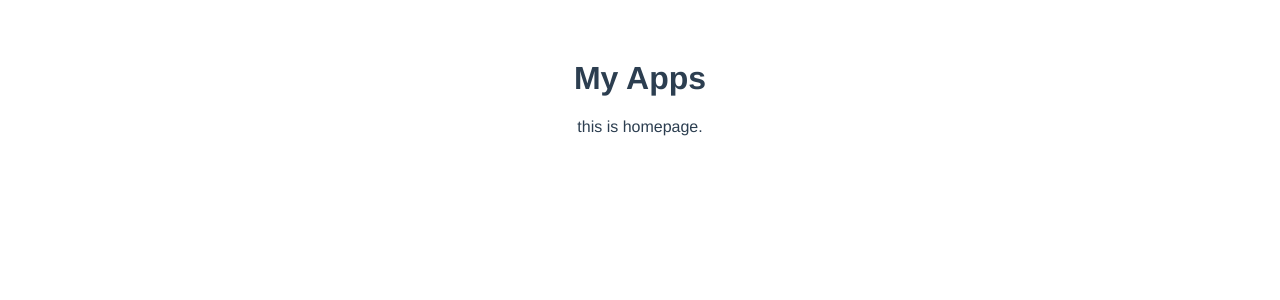
Repository: xuehebinglan/apps.xuehebinglan.com
Page: /
The author's editor kept a copy of each file at every save. The page is drawn from the files as they stood at one save, then again after the next save.
The browser window is 1280 px wide. The pictures show the whole page.
The project was rebuilt for these pictures with package versions that can differ from the ones it lists, and the page was loaded fresh each time. Also part of the build but not shown: src/components/DrinkWater.vue.

Above is the page before, as saved 2018-06-20 16:14:15.

After the next save:
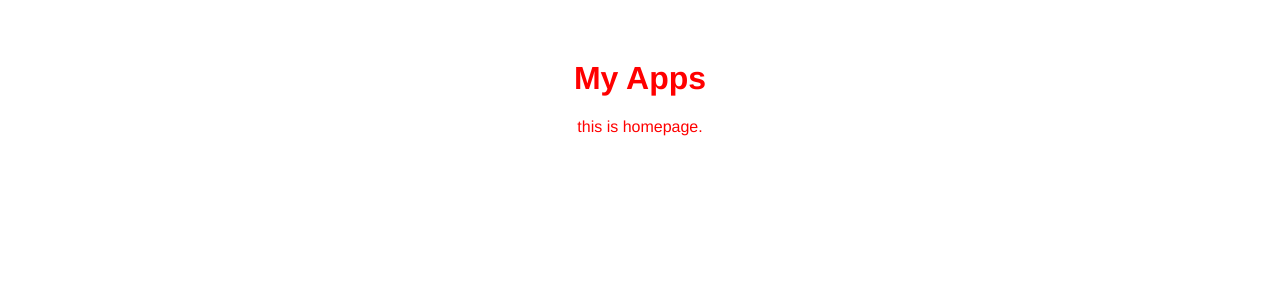
Saved 26 s later.
--- a/src/components/HomePage.vue
+++ b/src/components/HomePage.vue
@@ -20,5 +20,6 @@ export default {
 
 <!-- Add "scoped" attribute to limit CSS to this component only -->
 <style lang="stylus" scoped>
-
+.home-page-container
+  color red
 </style>
